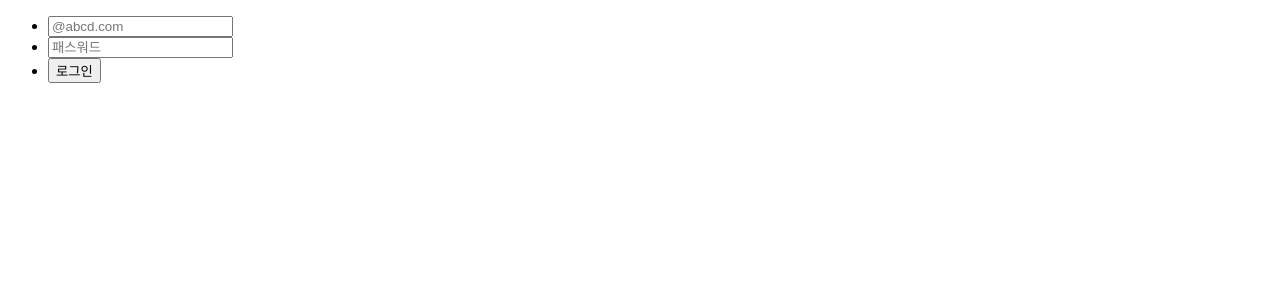
Repository: onpul/TEAM1
Page: http://localhost/Riding/mj/LoginForm.jsp
The author's editor kept a copy of each file at every save. The page is drawn from the files as they stood at one save, then again after the next save.
The browser window is 1280 px wide. The pictures show the whole page.
The page is served by Tomcat 9. Other server files are loaded and not shown.

Above is the page before, as saved 2022-06-04 10:00:09.

### Riding/WebContent/mj/LoginForm.jsp
<%@ page contentType="text/html; charset=UTF-8"%>
<%
	request.setCharacterEncoding("UTF-8");
	String cp = request.getContextPath();
%>
<!DOCTYPE html>
<html>
<head>
<meta charset="UTF-8">
<title>Insert title here</title>
</head>
<body>
	<div>
		<form action="login.action" method="post" id="loginForm">
			<ul>
				<li>
					<input type="text" id="id" name="id" placeholder="@abcd.com" required="required"/>
				</li>
				<li>
					<input type="password" id="pw" name="pw" placeholder="패스워드" required="required"/>
				</li>
				<li>
					<input type="button" value="로그인" id="submitBtn" class="btn"/>
				</li>
			</ul>
		</form>
	</div>
</body>
</html>

After the next save:
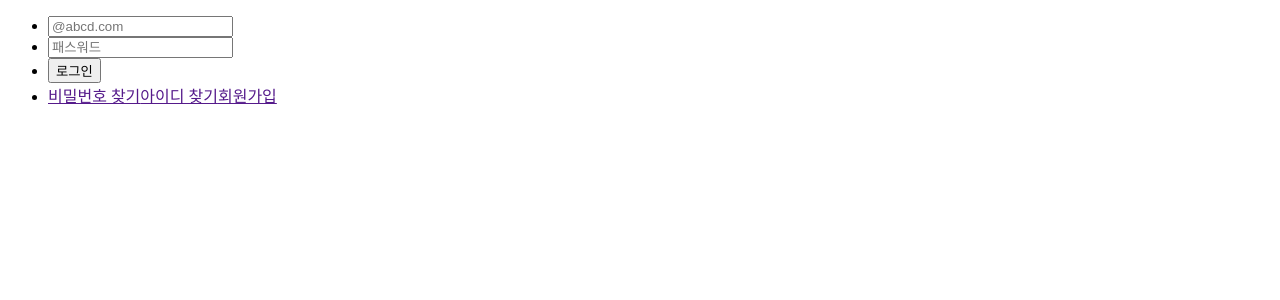
Saved 29 s later.
--- a/Riding/WebContent/mj/LoginForm.jsp
+++ b/Riding/WebContent/mj/LoginForm.jsp
@@ -22,6 +22,7 @@
 				<li>
 					<input type="button" value="로그인" id="submitBtn" class="btn"/>
 				</li>
+				<li><a href="">비밀번호 찾기</a><a href="">아이디 찾기</a><a href="">회원가입</a></li>
 			</ul>
 		</form>
 	</div>
